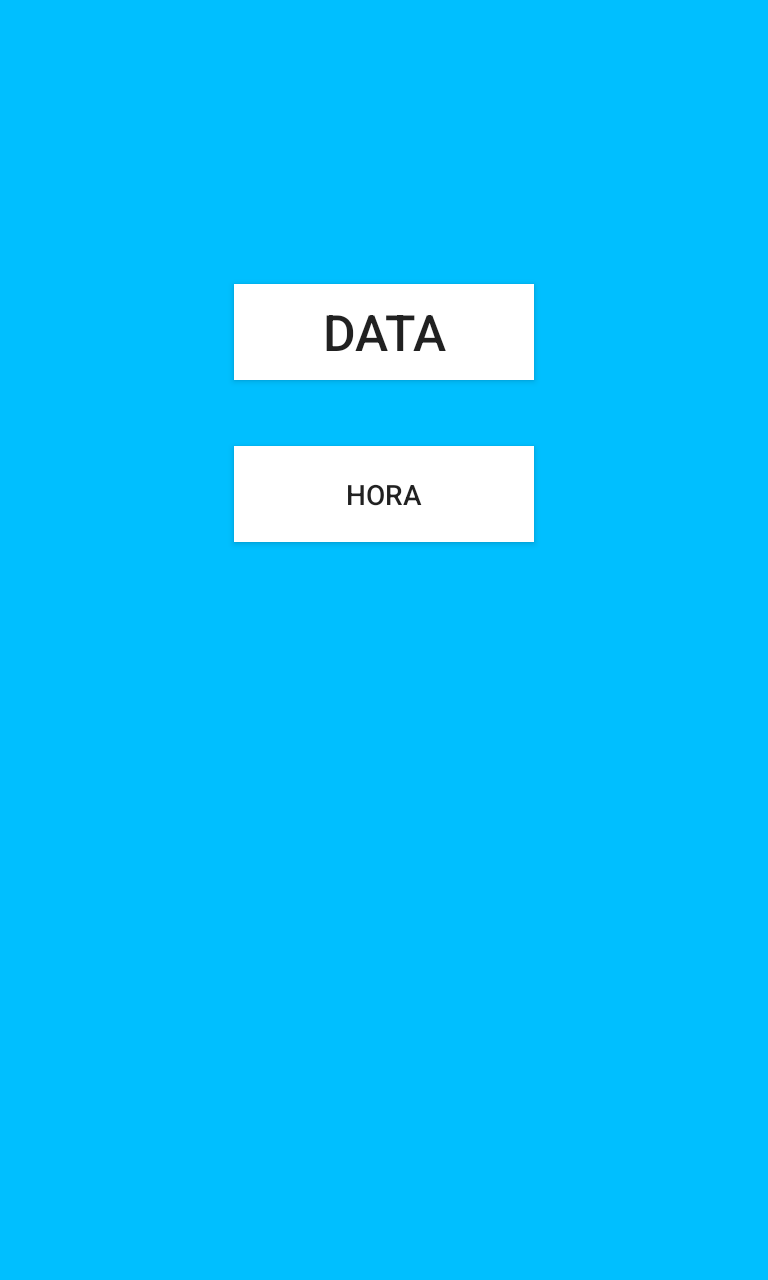
Repository: mayrtondias/alimentador
Layout: Alimentador/res/layout/activity_main.xml
These files come from the project's save history. The layout is drawn as it stood at one moment and after the next save; the edit follows.
It is drawn on a 768 x 1280 px phone screen (xhdpi) without system bars, with theme AppTheme; the app's code is not run.

Above is the layout before, as saved 2014-07-11 11:48:54.

After the next save:
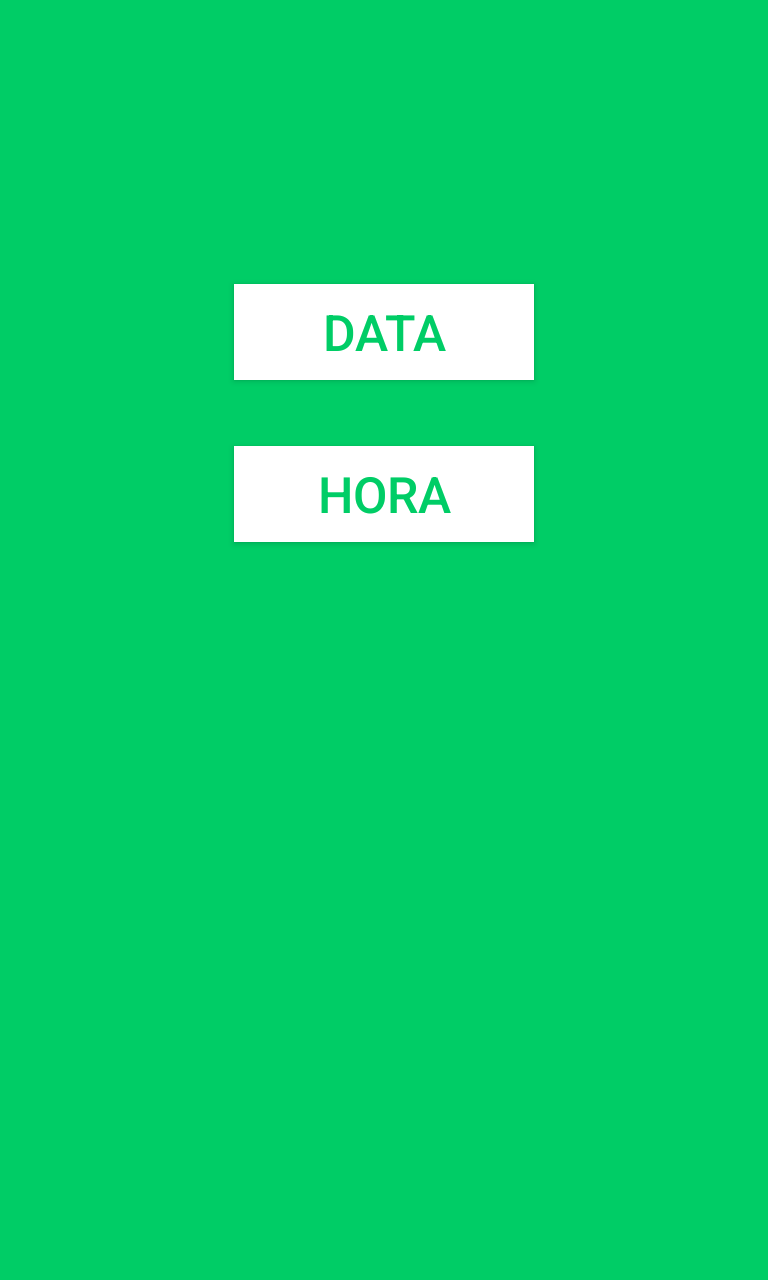
Saved 22 min 43 s later.
--- a/Alimentador/res/layout/activity_main.xml
+++ b/Alimentador/res/layout/activity_main.xml
@@ -3,7 +3,7 @@
     android:id="@+id/container"
     android:layout_width="match_parent"
     android:layout_height="match_parent"
-    android:background="#00BFFF"
+    android:background="#00CD66"
     tools:context="com.alimentador.MainActivity"
     tools:ignore="MergeRootFrame" >
 
@@ -20,6 +20,8 @@
             android:layout_below="@+id/buttonDate"
             android:layout_marginTop="33dp"
             android:background="#FFFFFF"
+            android:textSize="25sp"
+            android:textColor="#00CD66"
             android:text="@string/hora" />
 
         <Button
@@ -31,6 +33,7 @@
             android:layout_marginTop="142dp"
             android:background="#FFFFFF"
             android:textSize="25sp"
+            android:textColor="#00CD66"
             android:text="@string/data" />
 
     </RelativeLayout>
